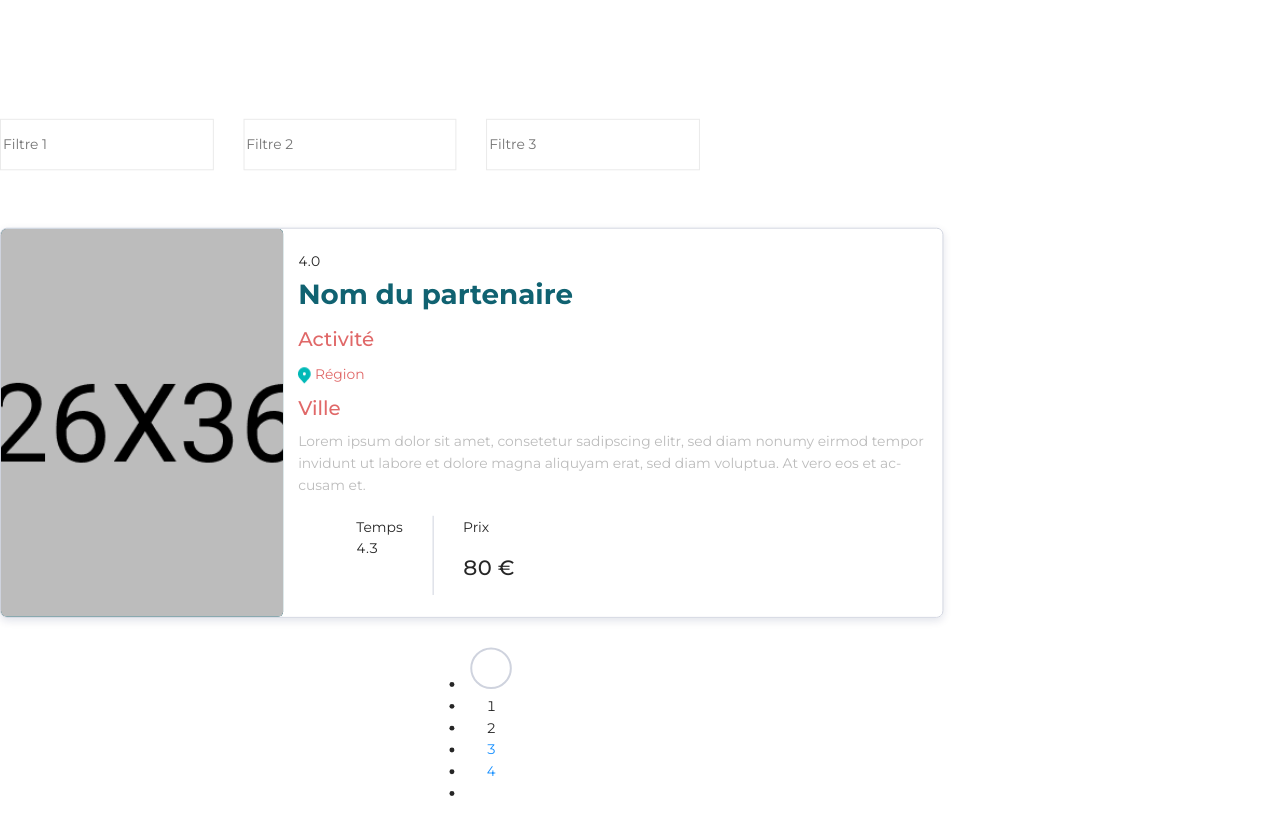
Repository: Emerson1220/projet-neofeel-lacapsule
Page: /roadPlanner (app in reactapp/)
These files come from the project's save history. The page is drawn as it stood at one moment and after the next save; the edit follows.
The browser window is 1280 px wide. The page is 1295 px wide, so the pictures cover 1295 px, including what lies to the right of the window. The pictures show the whole page, at 99% of full size.
The project was rebuilt for these pictures with package versions that can differ from the ones it lists, and the page was loaded fresh each time. Also part of the build but not shown: reactapp/src/Nav.js, reactapp/src/ScreenHome.js.

Above is the page before, as saved 2021-05-18 14:17:51.

After the next save:
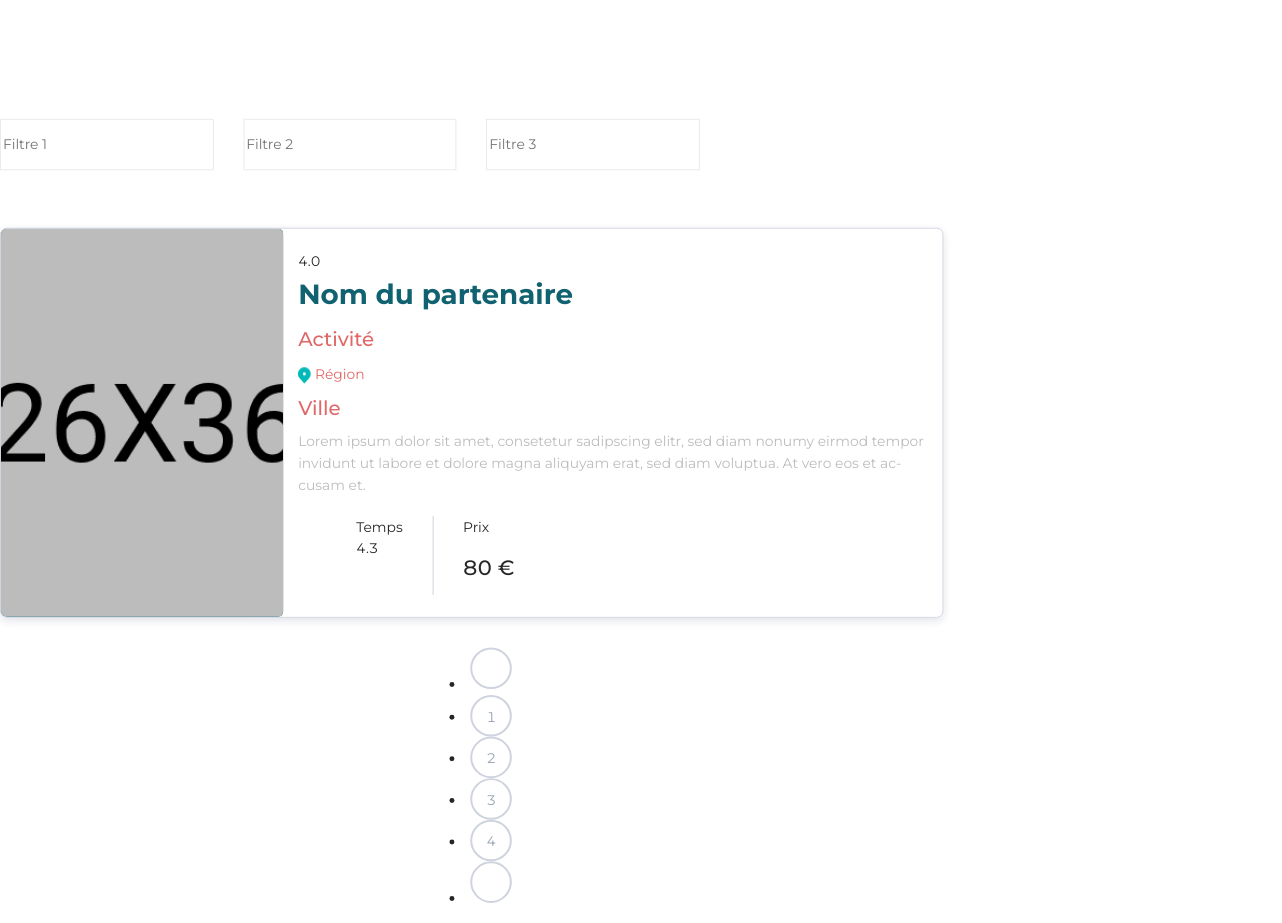
Saved 2 min 29 s later.
--- a/reactapp/src/screens/ScreenRoadPlanner.js
+++ b/reactapp/src/screens/ScreenRoadPlanner.js
@@ -82,11 +82,11 @@ function ScreenRoadPlanner() {
                                 <div style={ styles.pagination, styles.display_inline}>
                                     <ul>
                                         <li><a style={ styles.pagination_ul } href="#"><i className="la la-long-arrow-left" /></a></li>
-                                        <li><span className="page-numbers">1</span></li>
-                                        <li><span className="page-numbers current">2</span></li>
-                                        <li><a className="page-numbers" href="#">3</a></li>
-                                        <li><a className="page-numbers" href="#">4</a></li>
-                                        <li><a className="next page-numbers" href="#"><i className="la la-long-arrow-right" /></a></li>
+                                        <li><span style={ styles.pagination_ul }>1</span></li>
+                                        <li><span style={ styles.pagination_ul }>2</span></li>
+                                        <li><a style={ styles.pagination_ul } href="#">3</a></li>
+                                        <li><a style={ styles.pagination_ul } href="#">4</a></li>
+                                        <li><a style={ styles.pagination_ul }href="#"><i className="la la-long-arrow-right" /></a></li>
                                     </ul>
                                 </div>
                             </div>{/* End -> Pagination */}
